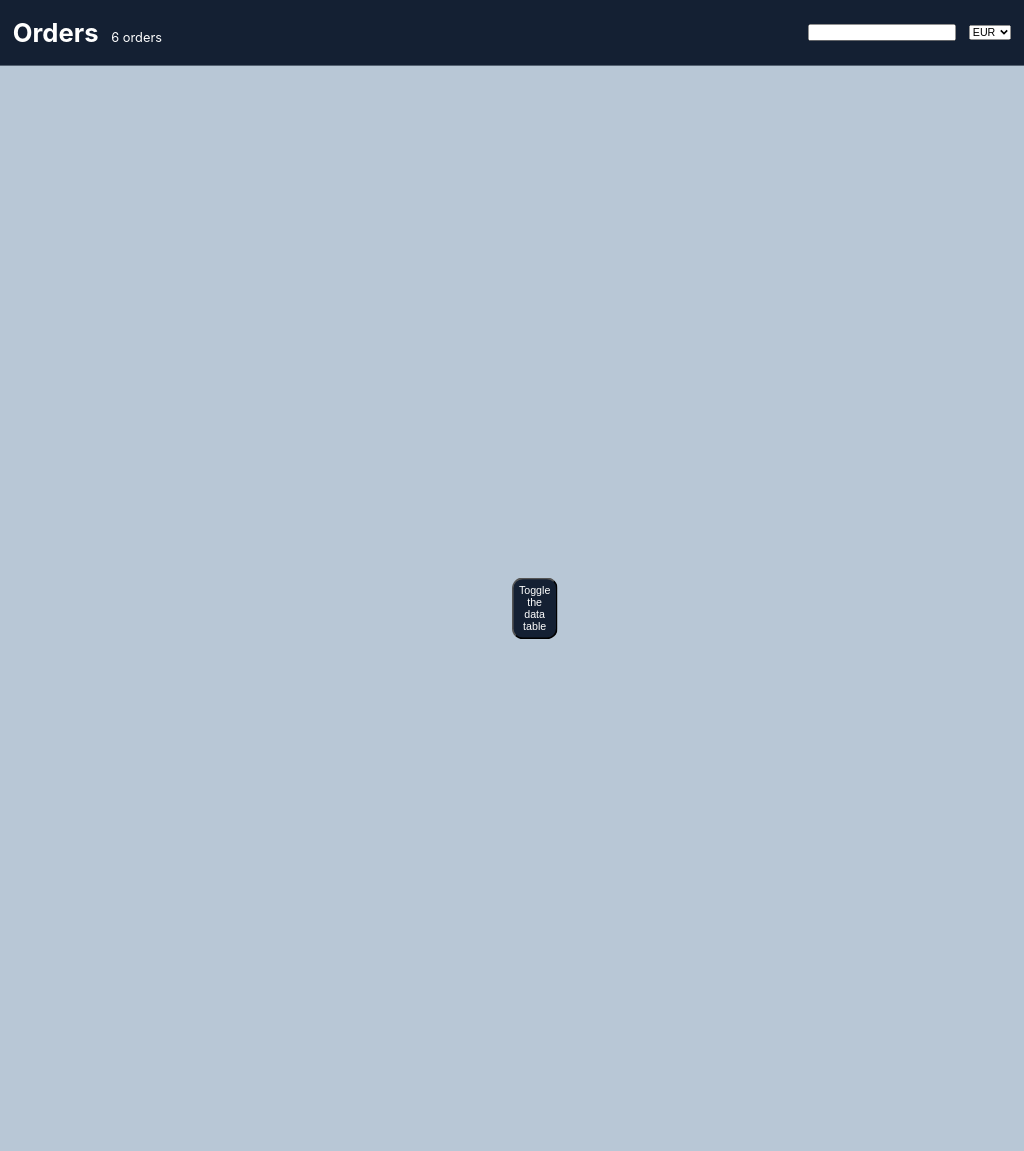
Repository: PreetiToppo/Assignment_Question_1
Page: /
An editor plug-in stored every save of this project. The page is shown before and after the next save, followed by the edit.
The browser window is 1280 px wide. The pictures show the whole page, at 80% of full size.
The project was rebuilt for these pictures with package versions that can differ from the ones it lists, and the page was loaded fresh each time. Also part of the build but not shown: src/component/list/ListRow.module.css, src/component/list/ListRow.jsx, src/component/list/ListRowCell.module.css, src/component/list/ListRowCell.jsx, src/component/list/ListHeader.jsx, src/component/list/ListHeaderCell.module.css, src/component/list/ListHeaderCell.jsx, src/component/list/List.module.css and 4 more.

Above is the page before, as saved 2023-08-06 13:28:56.

After the next save:
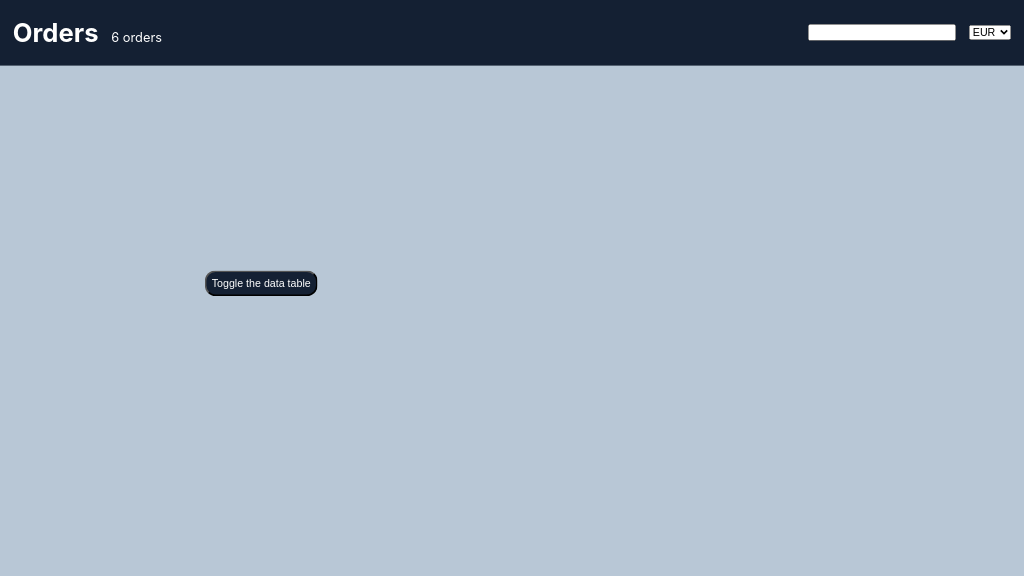
Saved 25 s later.
--- a/src/pages/Dashboard.module.css
+++ b/src/pages/Dashboard.module.css
@@ -35,5 +35,5 @@
   background-color: #142033;
   color: white;
   border-radius: 1em;
-  margin: 50% 50%;
+  margin: 20% 20%;
 }
